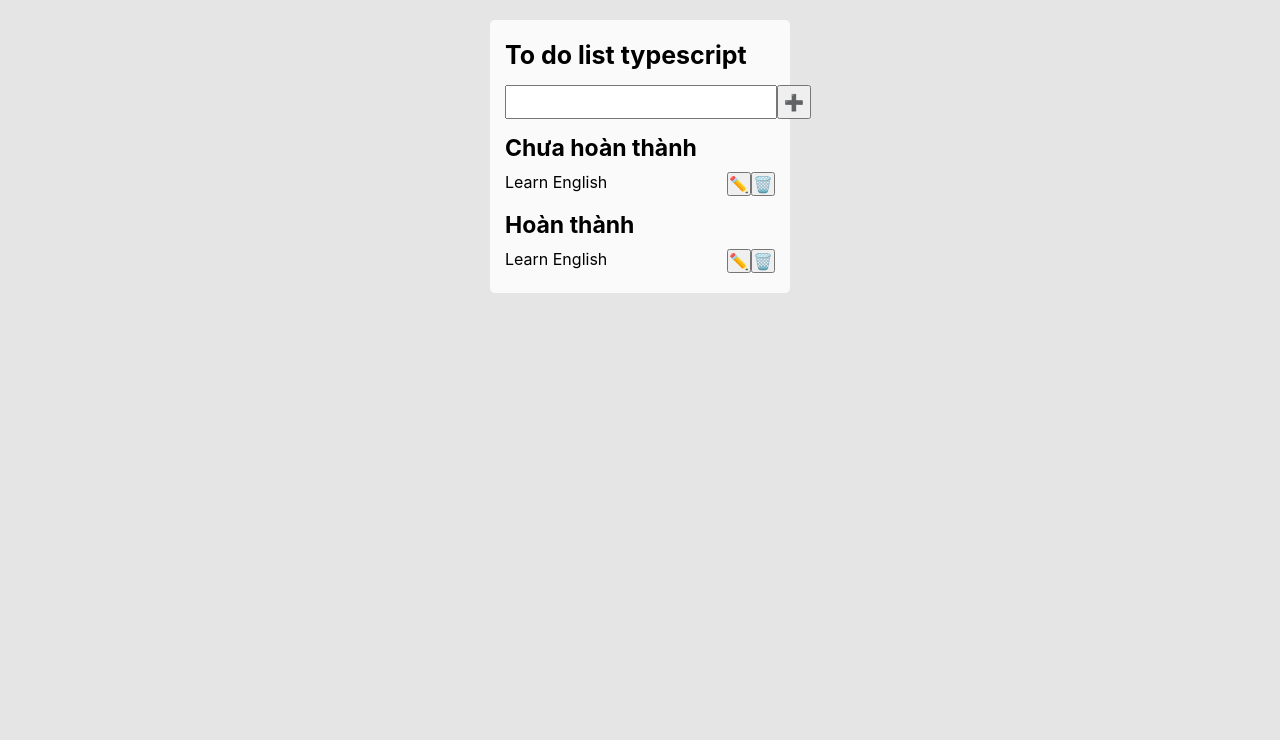
Repository: ChauVanLoc/TodoList-Reactjs
Page: / (app in todo-app/)
These files come from the project's save history. The page is drawn as it stood at one moment and after the next save; the edit follows.
The browser window is 1280 px wide. The pictures show the whole page.
The project was rebuilt for these pictures with package versions that can differ from the ones it lists, and the page was loaded fresh each time.

Above is the page before, as saved 2022-12-04 20:31:58.

After the next save:
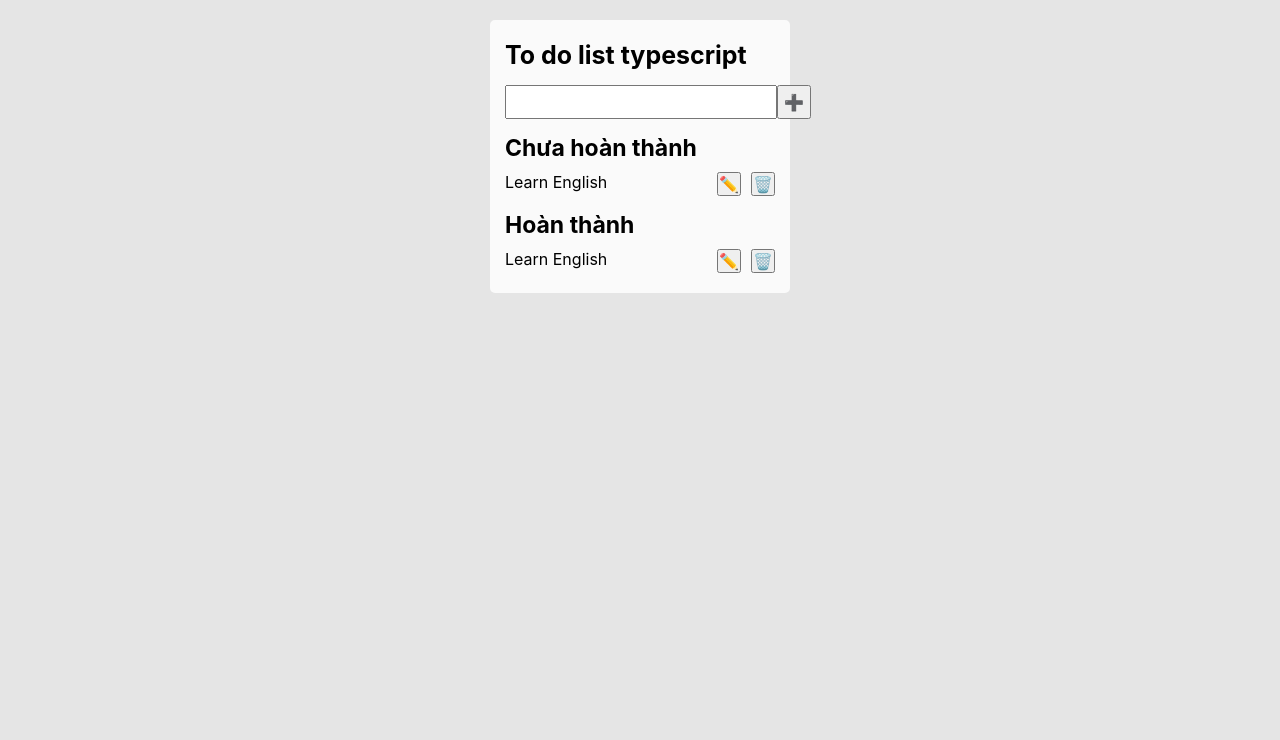
Saved 19 s later.
--- a/todo-app/src/components/TaskList/TaskListStyle.module.scss
+++ b/todo-app/src/components/TaskList/TaskListStyle.module.scss
@@ -14,7 +14,7 @@
       justify-content: space-between;
     }
     .toolBox {
-      span:nth-child(2) {
+      button:nth-child(2) {
         margin-left: 10px;
       }
     }
